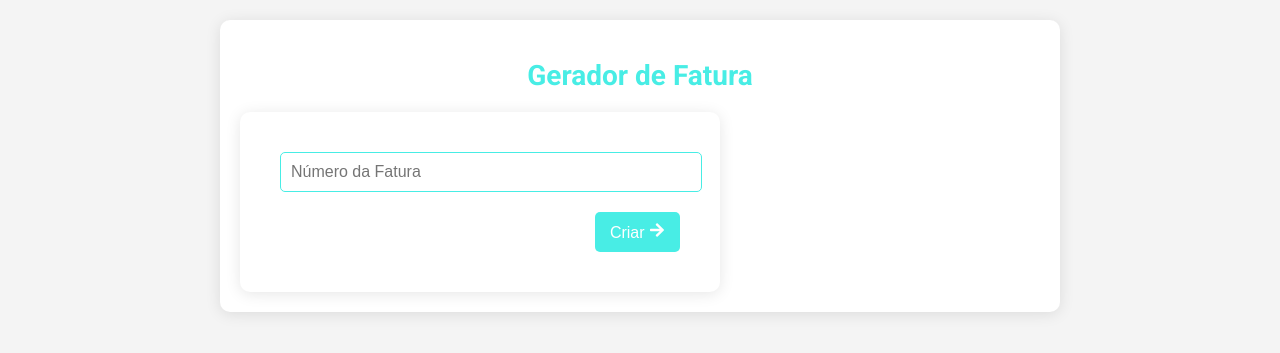
Repository: thmedu/Gerador-de-Faturas
Page: /
These files come from the project's save history. The page is drawn as it stood at one moment and after the next save; the edit follows.
The browser window is 1280 px wide. The pictures show the whole page.
The project was rebuilt for these pictures with package versions that can differ from the ones it lists, and the page was loaded fresh each time. Also part of the build but not shown: vite.config.js, src/Componete/Template.jsx.

Above is the page before, as saved 2024-07-16 19:09:55.

### index.html
<!DOCTYPE html>
<html lang="pt-BR">

<head>
  <meta charset="UTF-8" />
  <meta name="viewport" content="width=device-width, initial-scale=1.0" />
  <meta name="description" content="Gere sua fatura de forma simples e rápida com nosso gerador de faturas em React." />
  <meta name="keywords" content="fatura, gerador de faturas, React, financeiro" />
  <meta name="author" content="Thomas Eduardo" />
  <link rel="stylesheet" href="./src/App.css">
  <link rel="icon" href="./public/logo.png" />
  <title>Gere sua Fatura</title>
</head>


<body>
  <div id="root"></div>
  <script type="module" src="./src/main.jsx"></script>
</body>

</html>

### src/App.css
/* Importando fonte do Google Fonts */
@import url('https://fonts.googleapis.com/css2?family=Roboto:wght@400;700&display=swap');

body {
    font-family: 'Roboto', sans-serif;
    background-color: #f4f4f4; /* Cor de fundo suave */
    margin: 0;
    padding: 20px;
    color: #333; /* Cor de texto padrão */
}

.containers {
    display: flex;
    align-items: center;
    justify-content: center;
    min-height: 100vh; /* Ocupa toda a altura da tela */
}

.form {
    background: #ffffff; /* Fundo branco para o formulário */
    border-radius: 10px; /* Bordas arredondadas */
    box-shadow: 0 2px 15px rgba(0, 0, 0, 0.1);
    padding: 40px;
    width: 100%;
    max-width: 400px; /* Largura máxima do formulário */
}

.inputs {
    margin-bottom: 20px;
}

input {
    width: 100%;
    padding: 10px;
    border: 1px solid #48ede5; /* Cor do contorno */
    border-radius: 5px;
    font-size: 16px; /* Tamanho da fonte */
    transition: border-color 0.3s;
}

input:focus {
    border-color: #1E1F23; /* Mudança de cor ao focar */
    outline: none; /* Remove a borda padrão do foco */
}

.buttons {
    display: flex;
    justify-content: flex-end; /* Alinha o botão à direita */
}

button {
    background-color: #48ede5; /* Cor de fundo do botão */
    color: #ffffff; /* Cor do texto do botão */
    border: none;
    border-radius: 5px;
    padding: 10px 15px;
    font-size: 16px;
    cursor: pointer;
    transition: background 0.3s, transform 0.3s;
}

button:hover {
    background-color: #1E1F23; /* Cor do botão ao passar o mouse */
    transform: scale(1.05); /* Efeito de zoom */
}

button:disabled {
    background-color: #ccc; /* Cor do botão desabilitado */
    cursor: not-allowed; /* Cursor de não permitido */
}

### src/main.jsx
import React from 'react';
import ReactDOM from 'react-dom';
import App from './App';
import 'react-toastify/dist/ReactToastify.css';
import { ToastContainer } from 'react-toastify';

ReactDOM.render(
  <React.StrictMode>
    <ToastContainer />
    <App />
  </React.StrictMode>,
  document.getElementById('root'),
);

### src/App.jsx
import React, { useState, useEffect } from 'react';
import './App.css';
import TemplatePdf from './Componete/Template';
import { FaArrowRight } from 'react-icons/fa';
import { toast } from 'react-toastify';

function App() {
  const [numeroDaFatura, setNumeroDaFatura] = useState('');
  const [data, setData] = useState('');
  const [visualizar, setVisualizar] = useState(true);
  const [loading, setLoading] = useState(false);

  useEffect(() => {
    const atual = new Date();
    const dataFormatada = `${String(atual.getDate()).padStart(2, '0')}/${String(
      atual.getMonth() + 1,
    ).padStart(2, '0')}/${atual.getFullYear()}`;
    setData(dataFormatada);
  }, []);

  const criar = () => {
    if (!numeroDaFatura.match(/^[0-9]+$/)) {
      toast.error('Por favor, insira um número de fatura válido.');
      return;
    }
    setLoading(true);
    setTimeout(() => {
      toast.success('Fatura criada com sucesso!');
      setLoading(false);
      setVisualizar(false);
    }, 500); // Simulando um delay para uma chamada de API
  };

  return (
    <>
      {visualizar ? (
        <div className="container">
          <h1 className="title">Gerador de Fatura</h1>
          <div className="form">
            <div className="inputs">
              <input
                type="text"
                placeholder="Número da Fatura"
                value={numeroDaFatura}
                onChange={(e) => setNumeroDaFatura(e.target.value)}
                disabled={loading} // Desabilita o input durante o carregamento
              />
            </div>
            <div className="buttons">
              <button onClick={criar} disabled={loading}>
                {loading ? 'Criando...' : 'Criar'} <FaArrowRight />
              </button>
            </div>
          </div>
        </div>
      ) : (
        <TemplatePdf NumeroDaFatura={numeroDaFatura} data={data} />
      )}
    </>
  );
}

export default App;

### src/Componete/Template.css
.container {
    max-width: 800px;
    margin: 0 auto;
    padding: 20px;
    background: #ffffff;
    border-radius: 10px;
    box-shadow: 0 2px 15px rgba(0, 0, 0, 0.1);
}

.logo {
    text-align: center;
    margin-bottom: 20px;
}

.logo img {
    max-width: 100px;
}

h1 {
    text-align: center;
    color: #48ede5;
    font-size: 28px;
    margin-bottom: 20px;
}

.client-info {
    margin-bottom: 20px;
    font-size: 16px;
    color: #333;
}

.table {
    width: 100%;
    border-collapse: collapse;
    margin-top: 20px;
}

.table thead {
    background: #48ede5;
    color: #ffffff;
}

.table th, .table td {
    padding: 12px;
    text-align: left;
    border-bottom: 1px solid #ddd;
}

.table th {
    font-size: 1.1em;
}

.table tbody tr:hover {
    background: #f1f1f1;
}

.text-right {
    text-align: right;
}

.buttons {
    margin-top: 20px;
}

.buttons button {
    padding: 10px 15px;
    background: #48ede5;
    color: white;
    border: none;
    border-radius: 5px;
    cursor: pointer;
    transition: background 0.3s ease;
}

.buttons button:hover {
    background: #36c5d7;
}

.dialog-title {
    display: flex;
    justify-content: space-between;
    align-items: center;
}

.dialog-title .hed {
    font-size: 1.5em;
    font-weight: bold;
    color: #48ede5;
}

.icon-cross {
    cursor: pointer;
}

.forms {
    display: flex;
    flex-direction: column;
}

.forms input {
    width: 100%;
    padding: 10px;
    margin: 5px 0;
    border: 1px solid #ccc;
    border-radius: 5px;
    transition: border-color 0.3s;
}

.forms input:focus {
    border-color: #48ede5;
    outline: none;
}

.notes {
    margin-top: 20px;
    color: #333;
}

.notes strong {
    display: block;
    margin-bottom: 5px;
}
.actions {
    margin-top: 20px;
    display: flex;
    justify-content: space-between;
}

.actions button {
    background-color: #48ede5; /* Cor do botão */
    color: #ffffff; /* Cor do texto */
    border: none;
    border-radius: 5px;
    padding: 10px 15px;
    font-size: 16px;
    cursor: pointer;
    transition: background 0.3s, transform 0.3s;
}

.actions button:hover {
    background-color: #1E1F23; /* Cor ao passar o mouse */
    transform: scale(1.05); /* Efeito de zoom */
}

After the next save:
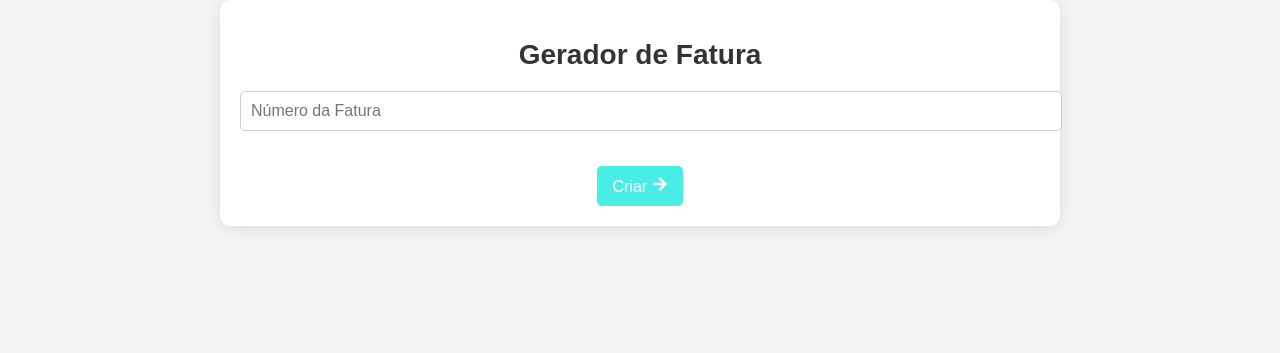
Saved 14 s later.
--- a/src/App.css
+++ b/src/App.css
@@ -1,70 +1,68 @@
-/* Importando fonte do Google Fonts */
-@import url('https://fonts.googleapis.com/css2?family=Roboto:wght@400;700&display=swap');
-
+/* App.css */
 body {
-    font-family: 'Roboto', sans-serif;
-    background-color: #f4f4f4; /* Cor de fundo suave */
-    margin: 0;
-    padding: 20px;
-    color: #333; /* Cor de texto padrão */
+  font-family: 'Arial', sans-serif;
+  background-color: #f4f4f4; /* Light background */
+  margin: 0;
+  padding: 0;
 }
 
-.containers {
-    display: flex;
-    align-items: center;
-    justify-content: center;
-    min-height: 100vh; /* Ocupa toda a altura da tela */
+.container {
+  max-width: 500px;
+  margin: 100px auto; /* Centering */
+  padding: 20px;
+  background: white; /* Card style */
+  border-radius: 10px; /* Rounded corners */
+  box-shadow: 0 2px 10px rgba(0, 0, 0, 0.1); /* Soft shadow */
+}
+
+.title {
+  text-align: center;
+  color: #333; /* Dark text */
+  margin-bottom: 20px;
 }
 
 .form {
-    background: #ffffff; /* Fundo branco para o formulário */
-    border-radius: 10px; /* Bordas arredondadas */
-    box-shadow: 0 2px 15px rgba(0, 0, 0, 0.1);
-    padding: 40px;
-    width: 100%;
-    max-width: 400px; /* Largura máxima do formulário */
+  display: flex;
+  flex-direction: column;
 }
 
 .inputs {
-    margin-bottom: 20px;
+  margin-bottom: 15px;
 }
 
 input {
-    width: 100%;
-    padding: 10px;
-    border: 1px solid #48ede5; /* Cor do contorno */
-    border-radius: 5px;
-    font-size: 16px; /* Tamanho da fonte */
-    transition: border-color 0.3s;
+  padding: 10px;
+  border: 1px solid #ccc; /* Light border */
+  border-radius: 5px; /* Rounded corners */
+  font-size: 16px;
+  width: 100%; /* Full width */
 }
 
-input:focus {
-    border-color: #1E1F23; /* Mudança de cor ao focar */
-    outline: none; /* Remove a borda padrão do foco */
+input:disabled {
+  background-color: #e9ecef; /* Light gray */
 }
 
 .buttons {
-    display: flex;
-    justify-content: flex-end; /* Alinha o botão à direita */
+  display: flex;
+  justify-content: center;
 }
 
 button {
-    background-color: #48ede5; /* Cor de fundo do botão */
-    color: #ffffff; /* Cor do texto do botão */
-    border: none;
-    border-radius: 5px;
-    padding: 10px 15px;
-    font-size: 16px;
-    cursor: pointer;
-    transition: background 0.3s, transform 0.3s;
+  background-color: #48ede5; /* Primary color */
+  color: white; /* White text */
+  border: none;
+  border-radius: 5px;
+  padding: 10px 20px;
+  font-size: 16px;
+  cursor: pointer;
+  transition: background 0.3s, transform 0.3s;
 }
 
 button:hover {
-    background-color: #1E1F23; /* Cor do botão ao passar o mouse */
-    transform: scale(1.05); /* Efeito de zoom */
+  background-color: #36b4d3; /* Darker shade on hover */
+  transform: scale(1.05); /* Slight zoom effect */
 }
 
 button:disabled {
-    background-color: #ccc; /* Cor do botão desabilitado */
-    cursor: not-allowed; /* Cursor de não permitido */
+  background-color: #c0c0c0; /* Gray when disabled */
 }
